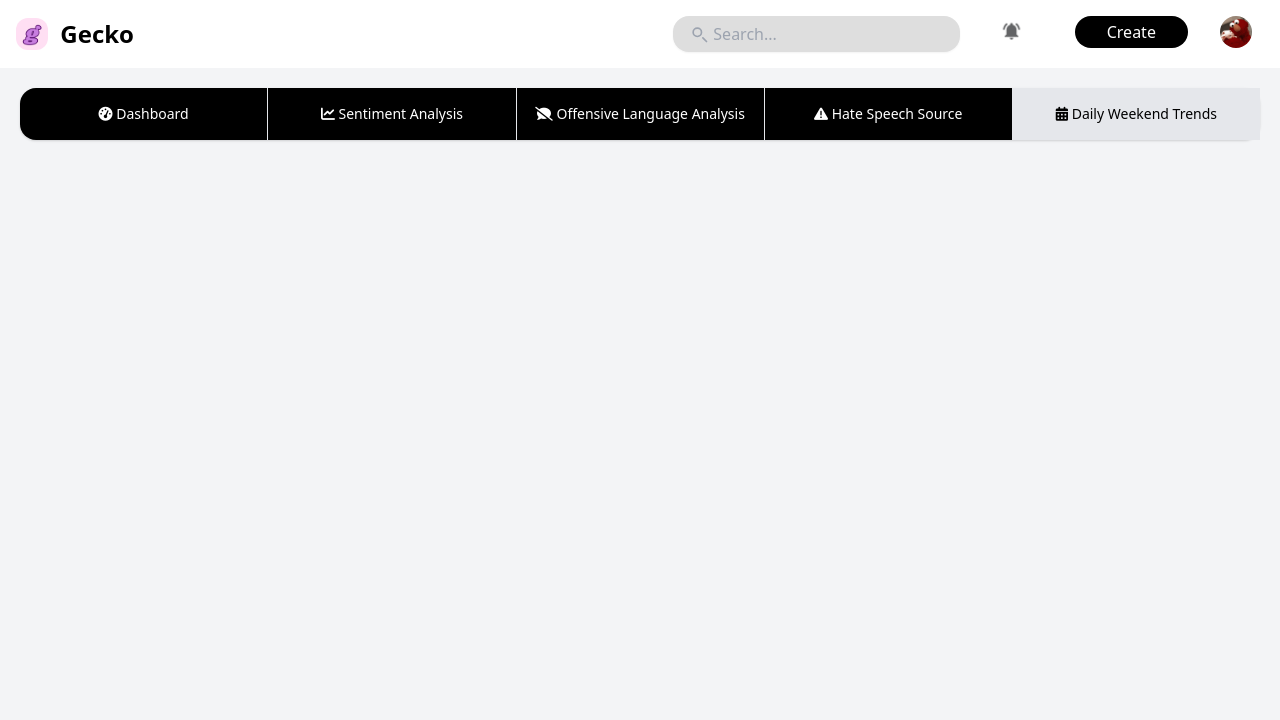
Repository: theamgri/thesis-website-nextjs
Page: DWT.html
These files come from the project's save history. The page is drawn as it stood at one moment and after the next save; the edit follows.
The browser window is 1280 px wide. The pictures show the whole page.

Above is the page before, as saved 2023-10-07 10:19:59.

### DWT.html
<!DOCTYPE html>
<html lang="en">
<head>
    <meta charset="UTF-8">
    <meta name="viewport" content="width=device-width, initial-scale=1.0">
    <title>Gecko</title>
    <link rel="icon" type="image/x-icon" href="/images/icon.png">
    <link href="https://cdn.jsdelivr.net/npm/tailwindcss@2.2.19/dist/tailwind.min.css" rel="stylesheet">
    <script src="https://cdn.jsdelivr.net/npm/chart.js"></script>
    <link rel="stylesheet" href="https://cdnjs.cloudflare.com/ajax/libs/font-awesome/6.0.0-beta3/css/all.min.css">

    <script src="https://kit.fontawesome.com/yourcode.js" crossorigin="anonymous"></script>


</head>
<body class="bg-gray-100">

<nav class="bg-white drop-shadow-2xl border-gray-200 dark:bg-gray-900">
    <div class="flex flex-wrap items-center justify-between mx-auto p-4">
      <a href="." class="flex items-center">
          <img src="images/icon.png" class="h-8 mr-3 rounded-xl" alt="Logo" />
          <span class="self-center text-2xl font-semibold whitespace-nowrap dark:text-white">Gecko</span>
      </a>
      <button data-collapse-toggle="navbar-default" type="button" class="inline-flex items-center p-2 w-10 h-10 justify-center text-sm text-gray-500 rounded-lg md:hidden hover:bg-gray-100 focus:outline-none focus:ring-2 focus:ring-gray-200 dark:text-gray-400 dark:hover:bg-gray-700 dark:focus:ring-gray-600" aria-controls="navbar-default" aria-expanded="false">
          <span class="sr-only">Open main menu</span>
          <svg class="w-5 h-5" aria-hidden="true" xmlns="http://www.w3.org/2000/svg" fill="none" viewBox="0 0 17 14">
              <path stroke="currentColor" stroke-linecap="round" stroke-linejoin="round" stroke-width="2" d="M1 1h15M1 7h15M1 13h15"/>
          </svg>
      </button>
      <div class="hidden w-full md:block md:w-auto drop-shadow-2xl" id="navbar-default">
        <ul class="font-medium flex flex-col p-4 md:p-0 mt-4 border border-gray-100 rounded-lg bg-gray-50 md:flex-row md:space-x-8 md:mt-0 md:border-0 md:bg-white dark:bg-gray-800 md:dark:bg-gray-900 dark:border-gray-700">
            <li>
                <div class="relative">
                    <input
                        type="text"
                        placeholder="Search..."
                        class="block w-full py-2 pl-10 pr-4 leading-5 rounded-2xl shadow-sm focus:ring focus:ring-blue-200 border-gray-300" style="background-color: #DEDEDE;"
                    />
                    <div class="absolute inset-y-0 left-0 pl-4 flex items-center pointer-events-none">
                        <svg
                            class="w-5 h-5 text-gray-400"
                            fill="none"
                            stroke="currentColor"
                            viewBox="0 0 24 24"
                            xmlns="http://www.w3.org/2000/svg"
                        >
                            <path
                                stroke-linecap="round"
                                stroke-linejoin="round"
                                stroke-width="2"
                                d="M21 21l-4.35-4.35"
                            />
                            <path
                                stroke-linecap="round"
                                stroke-linejoin="round"
                                stroke-width="2"
                                d="M15 10a5 5 0 11-10 0 5 5 0 0110 0z"
                            />
                        </svg>
                    </div>
                </div>

              </li>
            <li>
              <img src="images/bellbutton.png" class="h-8 mr-3 rounded-xl" alt="Notification Bell" />
          </li>
          <li>
            <button class="bg-black drop-shadow-2xl hover:bg-blue-700 text-white font-normal py-1 px-8 rounded-full">
              Create
            </button>
          </li>
          <li>
            <a href="your-link-here">
                <img src="images/user.jpg" class="h-8 mr-3 rounded-full" alt="Notification Bell" />
            </a>
        </li>


        </ul>
      </div>
    </div>
  </nav>

  <div class="sm:hidden">

    <select id="tabs" class="bg-gray-100 border border-gray-300 text-gray-900 text-sm rounded-lg focus:ring-blue-500 focus:border-blue-500 block w-full p-2.5 dark:bg-gray-700 dark:border-gray-600 dark:placeholder-gray-400 dark:text-white dark:focus:ring-blue-500 dark:focus:border-blue-500">
        <option></option>
        <option></option>
        <option></option>
        <option></option>
    </select>
  </div>
  <ul class="m-5 rounded-2xl drop-shadow-xl hidden text-sm font-medium text-center text-white divide-x divide-gray-200 rounded-lg shadow sm:flex bg-black dark:bg-gray-900 dark:divide-gray-700">
      <li class="w-full">
          <a href="#" class="inline-block font-medium w-full p-4 hover:text-white focus:ring-4 focus:ring-blue-300 focus:outline-none dark:hover:bg-gray-700" aria-current="page">
              <i class="fas fa-tachometer-alt"></i> Dashboard
          </a>
      </li>
      <li class="w-full">
          <a href="#" class="inline-block font-medium w-full p-4 hover:text-white focus:ring-4 focus:ring-blue-300 focus:outline-none dark:hover:bg-gray-700">
              <i class="fas fa-chart-line"></i> Sentiment Analysis
          </a>
      </li>


      <li class="w-full">
          <a href="#" class="inline-block font-medium w-full p-4 rounded-r-lg hover:text-white focus:ring-4 focus:outline-none focus:ring-blue-300 dark:hover:bg-gray-700">
              <i class="fas fa-comment-slash"></i> Offensive Language Analysis
          </a>
      </li>
      <li class="w-full">
          <a href="#" class="inline-block font-medium w-full p-4 rounded-r-lg hover:text-white focus:ring-4 focus:outline-none focus:ring-blue-300 dark:hover:bg-gray-700">
              <i class="fas fa-exclamation-triangle"></i> Hate Speech Source
          </a>
      </li>
      <li class="w-full">
          <a href="#" class="inline-block font-medium w-full p-4 text-black bg-gray-200 focus:ring-4 focus:ring-blue-300 focus:outline-none">
              <i class="fas fa-calendar-alt"></i> Daily Weekend Trends
          </a>
      </li>
  </ul>

</body>
</html>

After the next save:
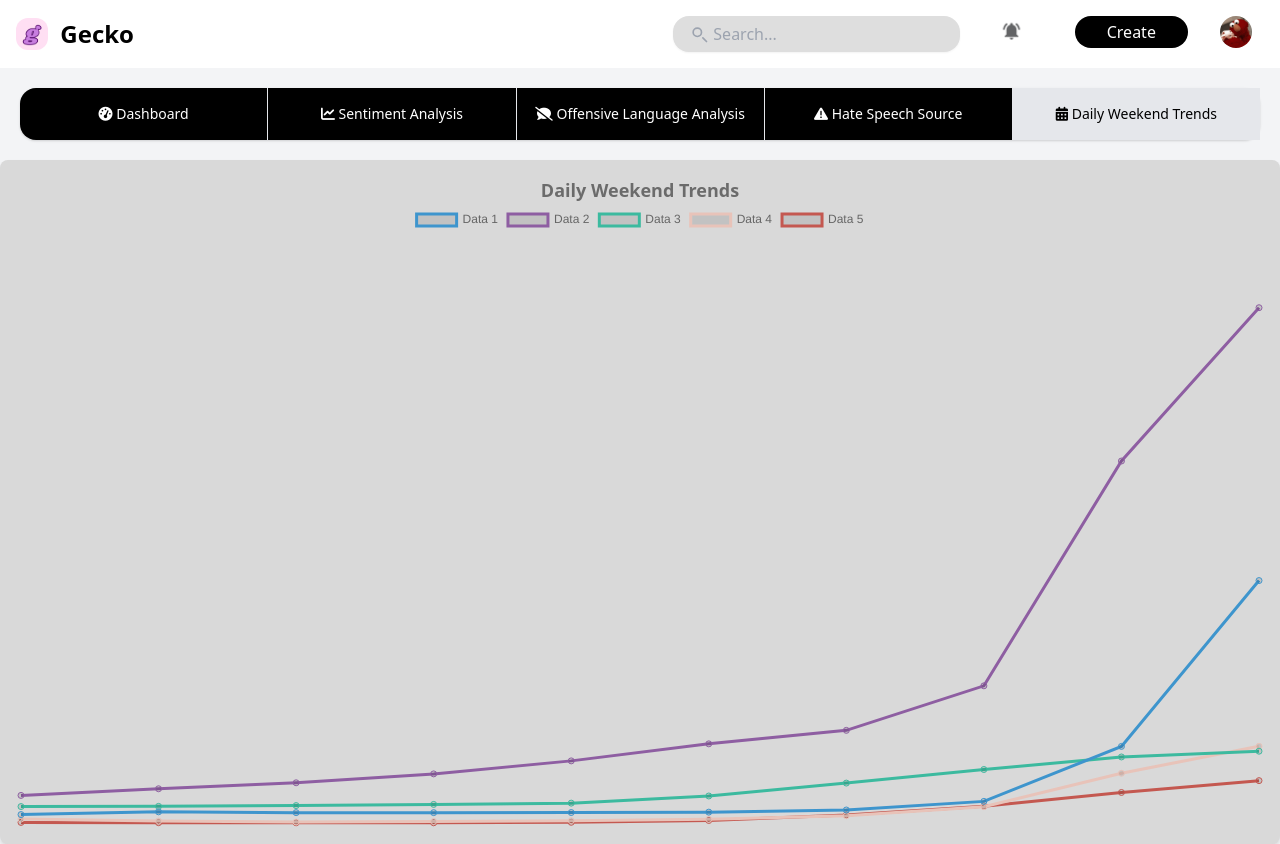
Saved 25 s later.
--- a/DWT.html
+++ b/DWT.html
@@ -120,5 +120,62 @@
       </li>
   </ul>
 
+
+  <div class="bg-white p-4 rounded-lg shadow-md" style="background-color: #D9D9D9;">
+    <h2 class="text-lg text-center opacity-50 font-semibold">Daily Weekend Trends</h2>
+    <canvas id="line-chart" width="800" height="400"></canvas>
+
+    <script>
+        new Chart(document.getElementById("line-chart"), {
+            type: 'line',
+            data: {
+                labels: [1500, 1600, 1700, 1750, 1800, 1850, 1900, 1950, 1999, 2050],
+                datasets: [
+                    {
+                        data: [86, 114, 106, 106, 107, 111, 133, 221, 783, 2478],
+                        label: "Data 1",
+                        borderColor: "#3e95cd",
+                        fill: false
+                    }, {
+                        data: [282, 350, 411, 502, 635, 809, 947, 1402, 3700, 5267],
+                        label: "Data 2",
+                        borderColor: "#8e5ea2",
+                        fill: false
+                    }, {
+                        data: [168, 170, 178, 190, 203, 276, 408, 547, 675, 734],
+                        label: "Data 3",
+                        borderColor: "#3cba9f",
+                        fill: false
+                    }, {
+                        data: [40, 20, 10, 16, 24, 38, 74, 167, 508, 784],
+                        label: "Data 4",
+                        borderColor: "#e8c3b9",
+                        fill: false
+                    }, {
+                        data: [6, 3, 2, 2, 7, 26, 82, 172, 312, 433],
+                        label: "Data 5",
+                        borderColor: "#c45850",
+                        fill: false
+                    }
+                ]
+            },
+            options: {
+                title: {
+                    display: true,
+                    text: 'World population per region (in millions)'
+                },
+                scales: {
+                    x: {
+                        display: false, // Hide the X-axis gridlines
+                    },
+                    y: {
+                        display: false, // Hide the Y-axis gridlines
+                    }
+                }
+            }
+        });
+    </script>
+</div>
+
 </body>
 </html>
